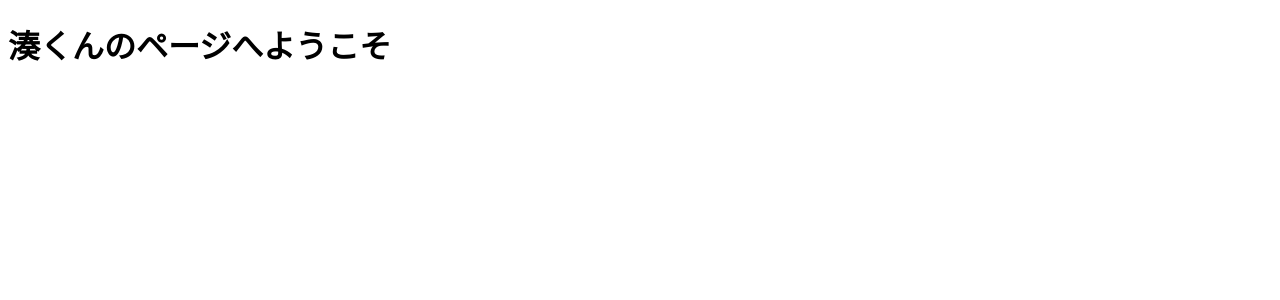
Repository: kidoikuya/learning-git
Page: http://localhost/example/MinatoIndex?action=like
An editor plug-in stored every save of this project. The page is shown before and after the next save, followed by the edit.
The browser window is 1280 px wide. The pictures show the whole page.
The page is served by Tomcat 10. Other server files are loaded and not shown.

Above is the page before, as saved 2024-11-11 06:36:43.

### ドリルJava/example/src/main/webapp/WEB-INF/jsp/minatoIndex.jsp
<%@ page language="java" contentType="text/html; charset=UTF-8"
    pageEncoding="UTF-8"%>
<%@ page import="model.SiteEV" %>
<%
SiteEV siteEV = (SiteEV)application.getAttribute("siteEV");
%>
<!DOCTYPE html>
<html>
<head>
<meta charset="UTF-8">
<title>湊くんのページ</title>
</head>
<body>
<h1>湊くんのページへようこそ</h1>
</body>
</html>

### ドリルJava/example/src/main/java/servlet/MinatoIndex.java
package servlet;

import java.io.IOException;

import jakarta.servlet.RequestDispatcher;
import jakarta.servlet.ServletContext;
import jakarta.servlet.ServletException;
import jakarta.servlet.annotation.WebServlet;
import jakarta.servlet.http.HttpServlet;
import jakarta.servlet.http.HttpServletRequest;
import jakarta.servlet.http.HttpServletResponse;
import model.SiteEV;
import model.SiteEVLogic;

@WebServlet("/MinatoIndex")
public class MinatoIndex extends HttpServlet {
	private static final long serialVersionUID = 1L;
	protected void doGet(HttpServletRequest request, HttpServletResponse response) throws ServletException, IOException {
		// アプリケーションスコープに保存されたサイト評価を取得
		ServletContext application = this.getServletContext();
		SiteEV siteEV = (SiteEV)application.getAttribute("siteEV");
		// サイト評価の初期化(初回リクエスト時実行)
		if(siteEV==null) {
			siteEV = new SiteEV();
		}
		// リクエストパラメータの取得
		request.setCharacterEncoding("UTF-8");
		String action = request.getParameter("action");
		// サイトの評価処理(初回リクエスト時は実行しない)
		SiteEVLogic siteEVLogic = new SiteEVLogic();
		if(action != null && action.equals("like")) {
			siteEVLogic.like(siteEV);
		} else if(action != null && action.equals("dislike")){
			siteEVLogic.dislike(siteEV);
		}

		// アプリケーションスコープにサイト評価を保存
		application.setAttribute("siteEV", siteEV);

		// フォワード
		RequestDispatcher dispatcher = request.getRequestDispatcher("WEB-INF/jsp/minatoIndex.jsp");
		dispatcher.forward(request, response);
	}

}

### ドリルJava/example/src/main/java/model/SiteEV.java
package model;

import java.io.Serializable;

public class SiteEV implements Serializable{
	private int like;
	private int dislike;

	public SiteEV() {
		like = 0;
		dislike =0;
	}

	public int getLike() {return like;}
	public void setLike(int like) {this.like = like;}
	public int getDislike() {return dislike;}
	public void setDisLike(int dislike) {this.dislike = dislike;}
}

### ドリルJava/example/src/main/java/model/SiteEVLogic.java
package model;

public class SiteEVLogic {
	public void like(SiteEV site) {
		int count = site.getLike();
		site.setLike(count + 1);
	}
	public void dislike(SiteEV site) {
		int count = site.getDislike();
		site.setDisLike(count + 1);
	}
}

After the next save:
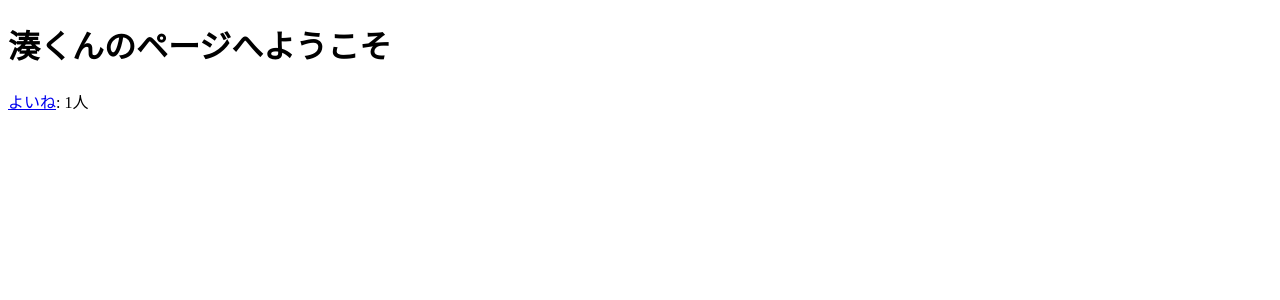
Saved 83 s later.
--- a/ドリルJava/example/src/main/webapp/WEB-INF/jsp/minatoIndex.jsp
+++ b/ドリルJava/example/src/main/webapp/WEB-INF/jsp/minatoIndex.jsp
@@ -12,5 +12,8 @@ SiteEV siteEV = (SiteEV)application.getAttribute("siteEV");
 </head>
 <body>
 <h1>湊くんのページへようこそ</h1>
+<p>
+<a href="MinatoIndex?action=like">よいね</a>:
+<%= siteEV.getLike() %>人
 </body>
 </html>
